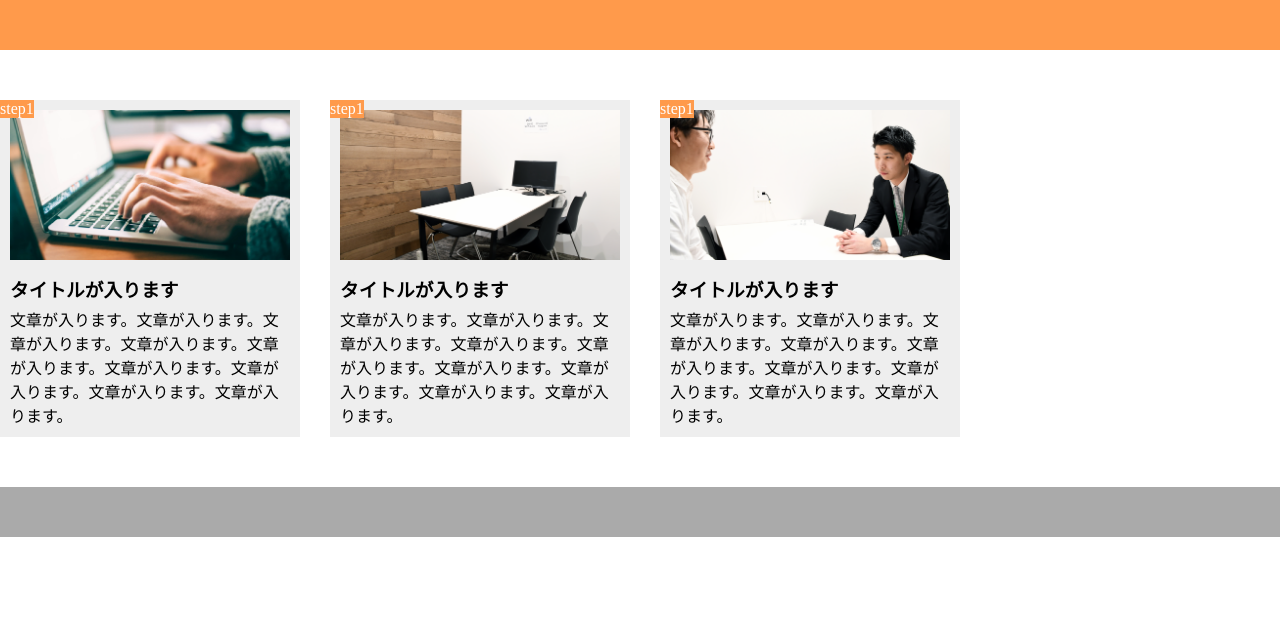
Repository: t-sato-infratop/environment
Page: chapter9-exercise/chapter9_exercise2.html
The author's editor kept a record of every edit. The page is drawn from the files as they stood at one moment, then again after the next edit.
The browser window is 1280 px wide. The pictures show the whole page.
Some web libraries are served in a nearby version.

Above is the page before.

After the next edit:
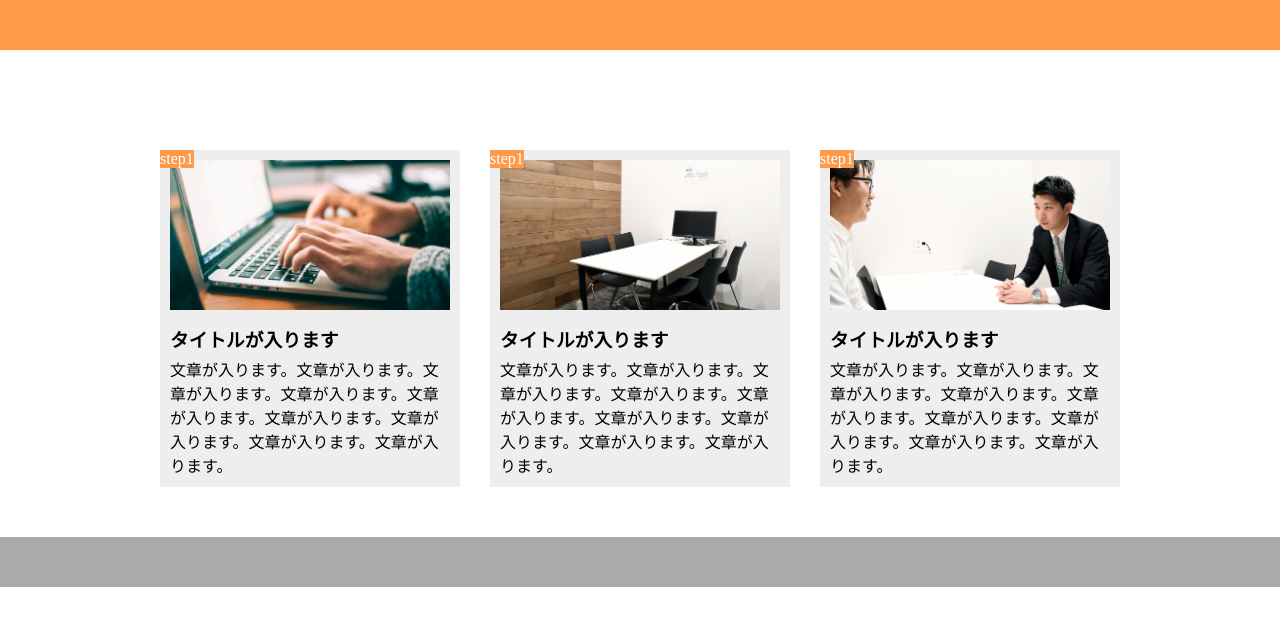
The edit:
--- a/chapter9-exercise/chapter9_exercise2.css
+++ b/chapter9-exercise/chapter9_exercise2.css
@@ -11,9 +11,8 @@
 
 main {
   width: 960px;
-  padding: 50px auto;
+  margin: 50px auto;
   display: flex;
-  justify-content: center;
 }
 
 .box {
